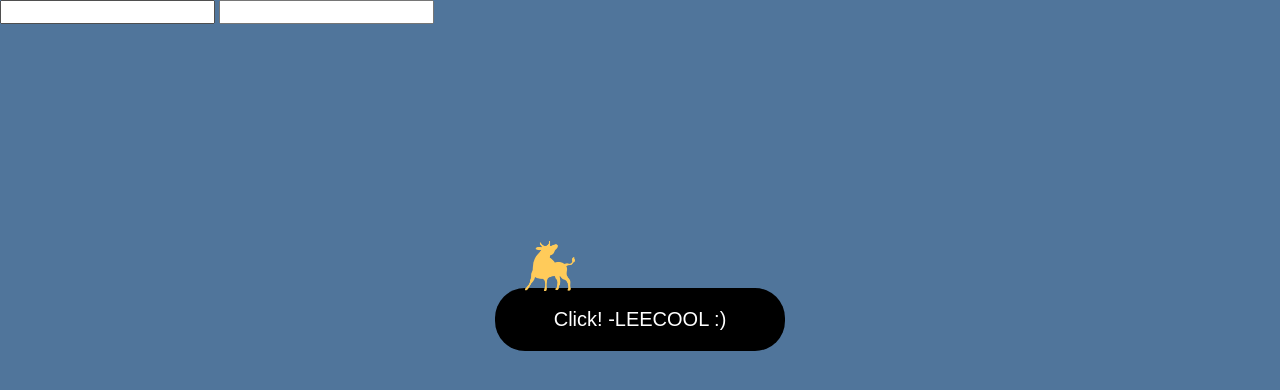
Repository: siwon9898/interaction_practice
Page: section6/index.html
The author's editor kept a copy of each file at every save. The page is drawn from the files as they stood at one save, then again after the next save.
The browser window is 1280 px wide. The pictures show the whole page.

Above is the page before, as saved 2021-10-05 20:01:56.

After the next save:
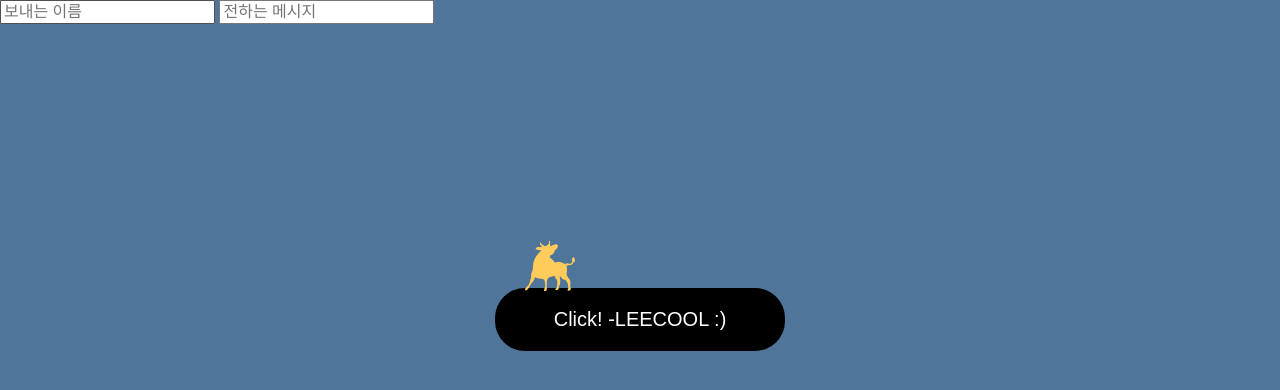
Saved 39 min 33 s later.
--- a/section6/index.html
+++ b/section6/index.html
@@ -35,8 +35,8 @@
         </div>
     </div>
     <div class="userWrap">
-        <input class = "username" type="text">
-        <input class="usermsg" type="text">
+        <input class = "username" type="text" placeholder="보내는 이름">
+        <input class="usermsg" type="text" placeholder="전하는 메시지" ㅅ>
     </div>
 </body>
 
